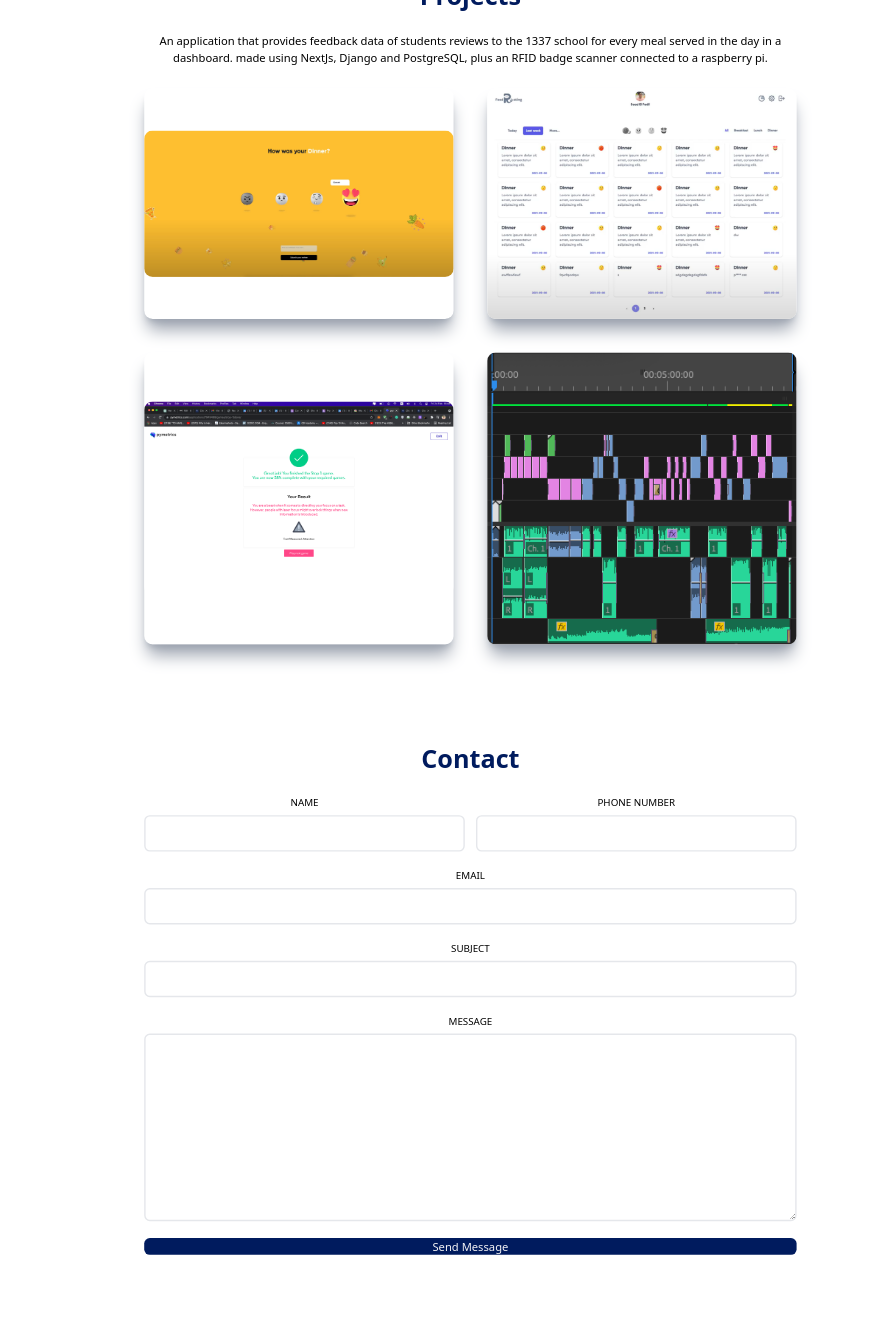
Repository: Saadelfadil/saadelfadil.github.io
Page: /
These files come from the project's save history. The page is drawn as it stood at one moment and after the next save; the edit follows.
The browser window is 1280 px wide. The pictures show the part of the page from y = 842 to 2762 px (the page is 2730 px tall before and 2762 px after), at 70% of full size.
The project was rebuilt for these pictures with package versions that can differ from the ones it lists, and the page was loaded fresh each time. Also part of the build but not shown: vite.config.js.

Above is the page before, as saved 2023-02-26 19:01:41.

After the next save:
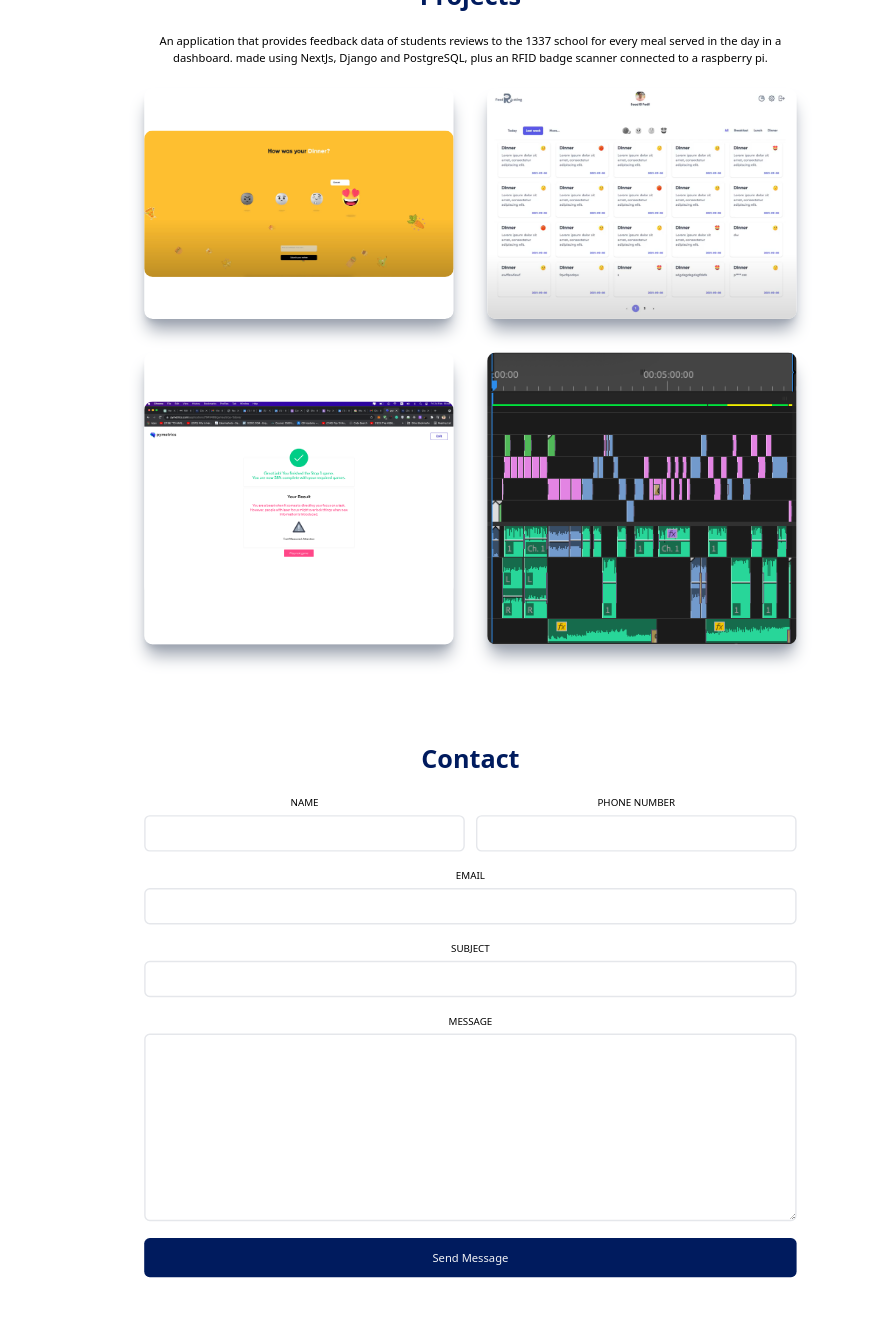
Saved 12 s later.
--- a/src/components/Contact.jsx
+++ b/src/components/Contact.jsx
@@ -29,7 +29,7 @@ const Contact = () => {
                 <label className="uppercase text-sm py-2" htmlFor="">Message</label>
                 <textarea className="border-2 rounded-lg p-3 flex border-gray-200 " rows='10' name="message"></textarea>
             </div>
-            <button className="bg-[#001b5e] w-full text-gray-100 mt-4 rounded-lg" type="submit">
+            <button className="bg-[#001b5e] w-full text-gray-100 mt-4 p-4 rounded-lg" type="submit">
                 Send Message
             </button>
         </form>
